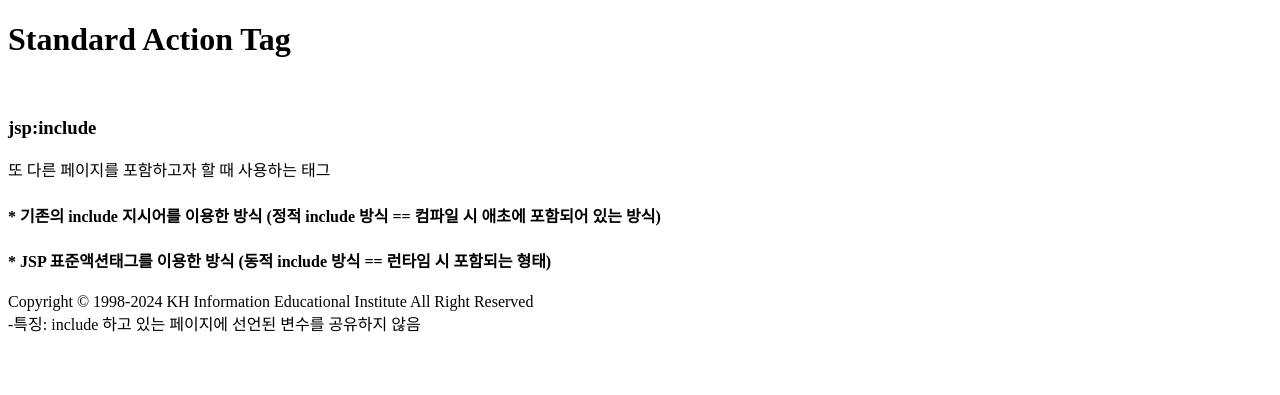
Repository: smjae96/Backup
Page: http://localhost/elActionProject/views/2_StandardAction/01_include.jsp
These files come from the project's save history. The page is drawn as it stood at one moment and after the next save; the edit follows.
The browser window is 1280 px wide. The pictures show the whole page.
The page is served by Tomcat 9.

Above is the page before, as saved 2024-04-01 01:05:57.

After the next save:
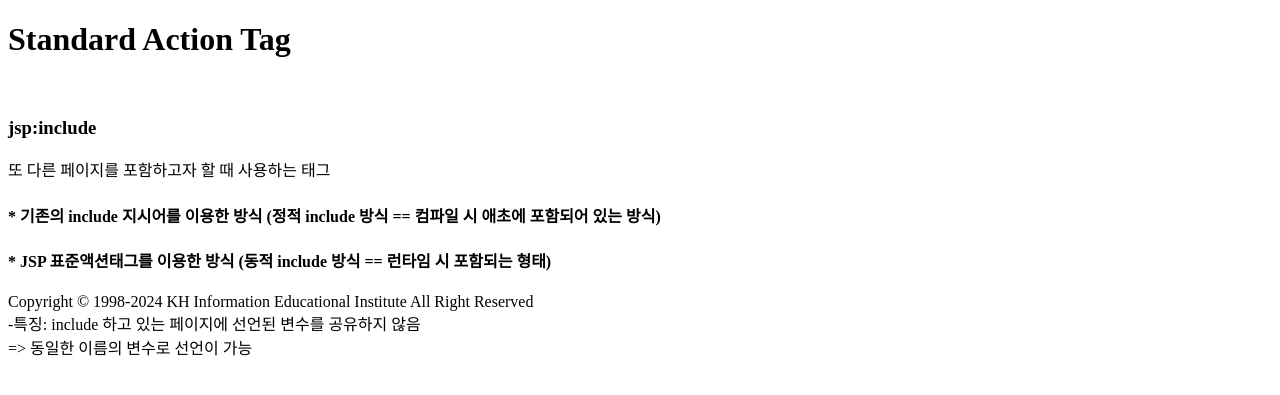
Saved 16 s later.
--- a/5_JSP/elActionProject/src/main/webapp/views/2_StandardAction/01_include.jsp
+++ b/5_JSP/elActionProject/src/main/webapp/views/2_StandardAction/01_include.jsp
@@ -32,7 +32,7 @@
 	<br>
 
 	-특징: include 하고 있는 페이지에 선언된 변수를 공유하지 않음<br>
+	=> 동일한 이름의 변수로 선언이 가능
 	<% int year = 2024; %>
-
 </body>
 </html>
